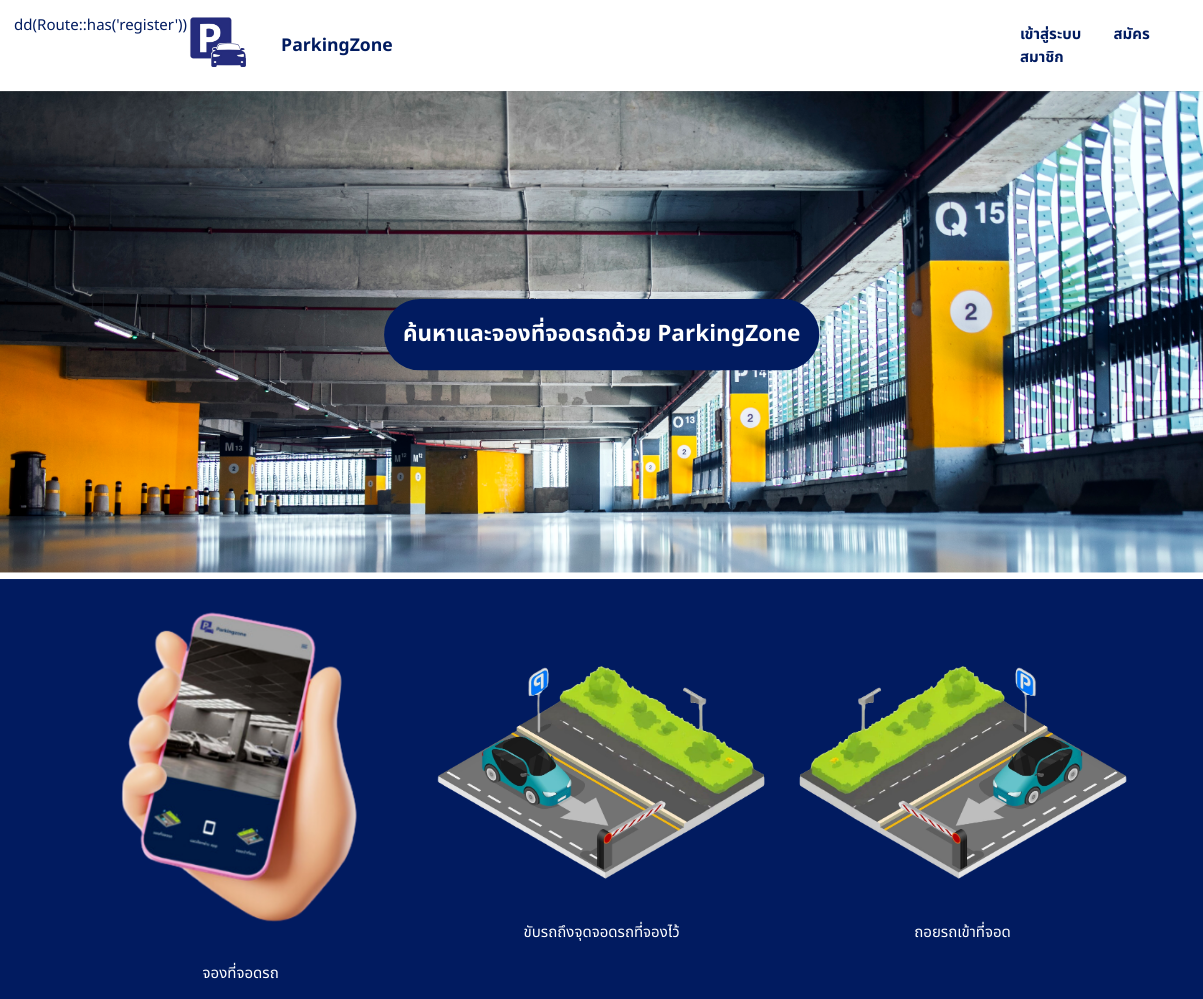
Repository: ThanyalakSasen/webApp
Page: http://localhost/
These files come from the project's save history. The page is drawn as it stood at one moment and after a run of saves; the edit follows.
The browser window is 1280 px wide. The pictures show the whole page, at 94% of full size.
The page is served by the project's Laravel application, run on PHP 8.4 with Laravel 12.

Above is the page before, as saved 2024-09-29 19:03:37.

After the next 3 saves:
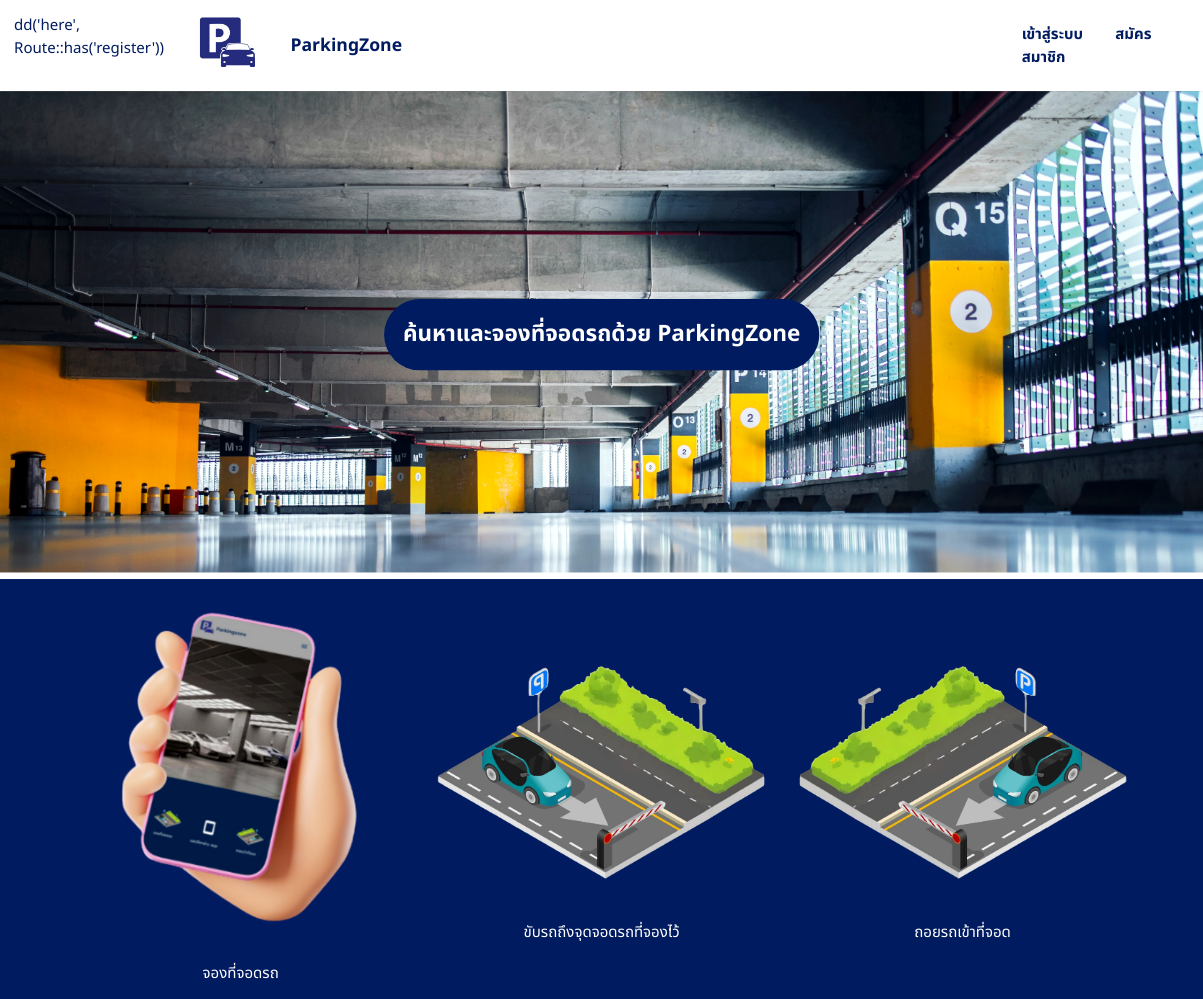
The 3 saves are shown as one change because they came seconds apart.
The last was saved 11 s later.
--- a/resources/views/welcome.blade.php
+++ b/resources/views/welcome.blade.php
@@ -89,7 +89,7 @@
     </head>
     <body class="font-sans antialiased dark:bg-black dark:text-white/50">
         <header>
-            dd(Route::has('register'))
+            dd('here', Route::has('register'))
             <a href="{{url('/welcome')}}"><img src="../../img/logo.png" alt=""></a>
             <h3>ParkingZone</h3>
             @if (Route::has('login'))
